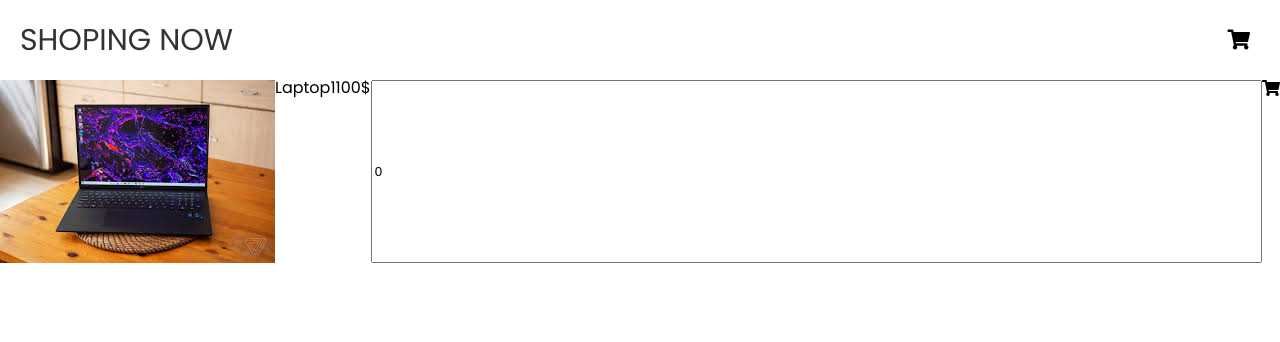
Repository: nttthao9/shopingcart
Page: index.html
An editor plug-in stored every save of this project. The page is shown before and after the next save, followed by the edit.
The browser window is 1280 px wide. The pictures show the whole page.
Some web libraries are served in a nearby version.

Above is the page before, as saved 2021-10-04 14:16:28.

After the next save:
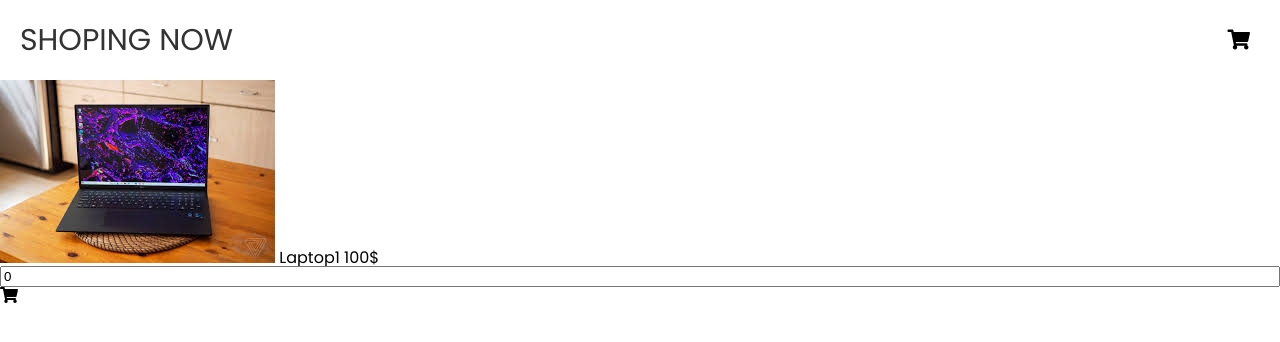
Saved 15 s later.
--- a/styles/style.css
+++ b/styles/style.css
@@ -34,9 +34,9 @@ body {
   cursor: pointer;
 }
 .product-item {
-  display: flex;
+  /* display: flex;
   /* align-items: center;
-  justify-content: space-between; */
+  justify-content: space-between; */ */
 }
 .product-count {
   width: 100%;
